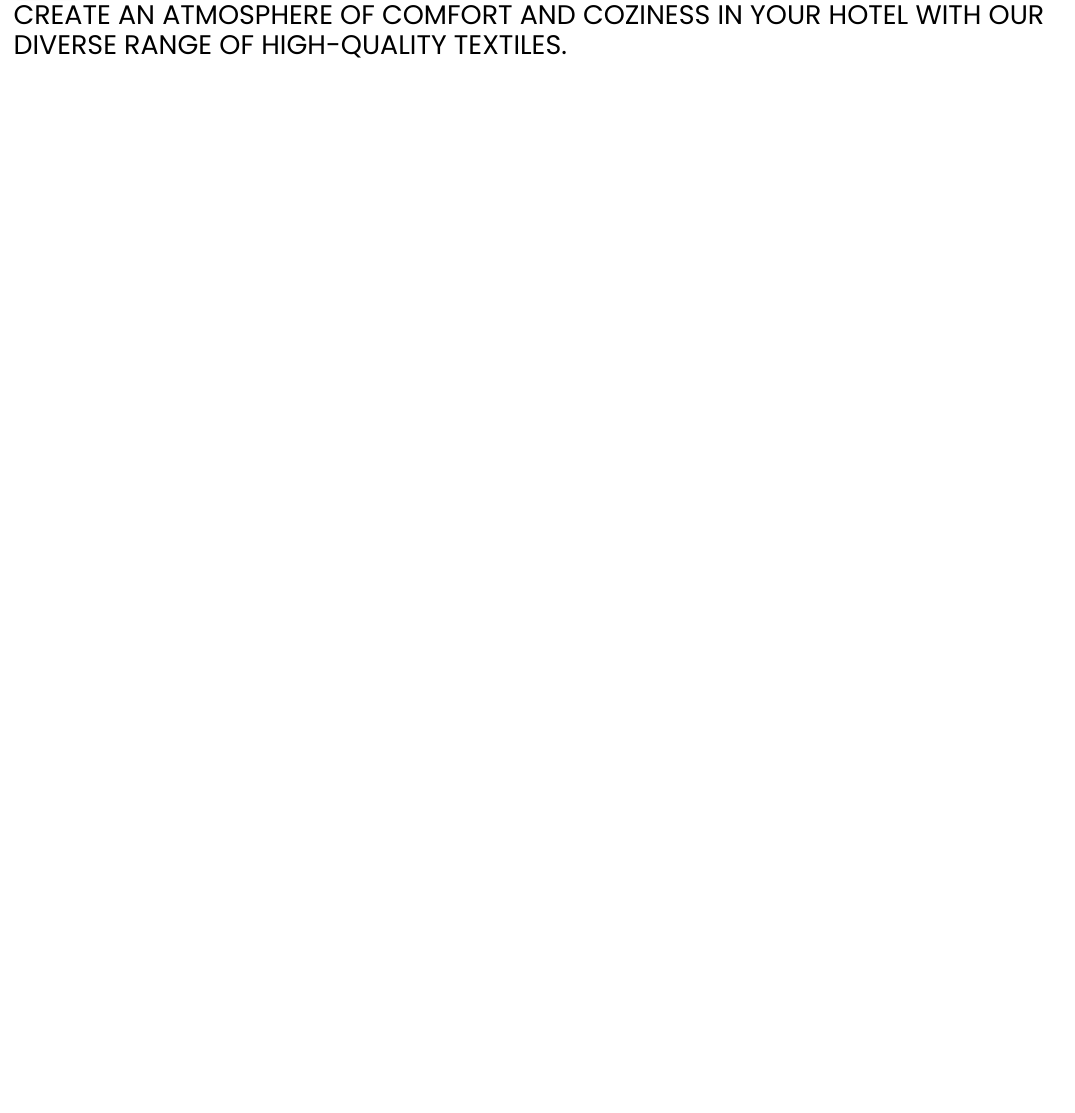
Repository: nikhilsinghrathore1/Shery_02
Page: /
These files come from the project's save history. The page is drawn as it stood at one moment and after the next save; the edit follows.
The browser window is 1280 px wide. The pictures show the part of the page from y = 4219 to 5544 px (the page is 5544 px tall), at 84% of full size.
The project was rebuilt for these pictures with package versions that can differ from the ones it lists, and the page was loaded fresh each time. Also part of the build but not shown: vite.config.js.

Above is the page before, as saved 2024-07-18 03:26:15.

### src/App.jsx
import { useState } from 'react'
import reactLogo from './assets/react.svg'
import viteLogo from '/vite.svg'
import './App.css'
import Landing from './pages/Landing'

function App() {
  const [count, setCount] = useState(0)

  return (
    <>
      <Landing/>
    </>
  )
}

export default App

### src/App.css
@font-face {
  font-family: font1;
  src: url("../public/6624dc4c3f39ffabcd0dc162_Montserrat-VariableFont_wght.ttf");
}
@font-face {
  font-family: font2;
  src: url("../public/CircularXXWeb-Book\ \(1\).ttf");
}
@font-face {
  font-family: font3;
  src: url("../public/JTUQjIg1_i6t8kCHKm459WxRyS7m0dR9pA.ttf");
}
@font-face {
  font-family: font4;
  src: url("../public/JTUSjIg1_i6t8kCHKm459WlhyyTh89Y.ttf");
}
@font-face {
  font-family: font5;
  src: url("../public/pxiEyp8kv8JHgFVrJJfecnFHGPc.ttf");
}

.f1{
  font-family: font1;
}
.f2{
  font-family: font2;
}
.f3{
  font-family: font3;
}
.f4{
  font-family: font4;
}
.f5{
  font-family: font5;
}

### src/pages/Landing.jsx
import React from 'react'
import MoreInsta from '../components/MoreInsta'
import Nav from '../components/Nav'
import SingleHero from '../components/SingleHero'
import { GoArrowRight } from "react-icons/go";
import { GoArrowLeft } from "react-icons/go";
import VideoCont from '../components/VideoCont'

const Landing = () => {
  return (
    <div className='w-full overflow-hidden'>
               {/* this is the first image gallery part */}
               <div className='w-full h-[400vh] relative '>
               <Nav/>
               <SingleHero img={"https://cdn.prod.website-files.com/6613fb0aff6a7761bf9a817d/66267f01781250e3c4f8ed19_hero-01-p-1080.webp"} text={"hotel"}/>
               <SingleHero img={"https://cdn.prod.website-files.com/6613fb0aff6a7761bf9a817d/66267f00e43626f944ce0076_hero-02-p-1080.webp"} text={"restaurant"}/>
               <SingleHero img={"https://cdn.prod.website-files.com/6613fb0aff6a7761bf9a817d/66267f011d36d94902bbbcd3_hero-03-p-1080.webp"} text={"catering"}/>
               <SingleHero img={"https://cdn.prod.website-files.com/6613fb0aff6a7761bf9a817d/66267f0015a49ebd0cb05e50_hero-04-p-1080.webp"} text={"+automative"}/>
               </div>

               {/* this is the second text wala part  */}

               <div className='w-full  h-[120vh] px-4 pt-32 leading-[42px]'>
                              {/* this is the variable weight text */}
                              <div className='w-full f4 text-[32px] font-semibold text-black uppercase h-fit'>
                                             <p><span className='pl-44'>full</span> responsibility from project to implementation.</p>
                              </div>

                              <div className='f4 text-[13px] font-semibold mt-10 leading-none'>
                                             <p>More about us</p>
                                             <p className='mt-3 leading-[16px] font-semibold'>The textile production Velours HoReCa was founded in Lviv in 2005. <span className='opacity-60'>Our activity is focused on professionally outfitting the interiors of hotels, restaurants, cafes, and bars with textile products.</span></p>
                              </div>

                              <div className='w-full flex h-[50vh] mt-12 '>
                                             <div className='w-1/2 h-full flex justify-end pt-3'>
                                                            <VideoCont/>
                                             </div>
                                             <div className='w-1/2 h-full flex flex-col justify-between pl-3 pb-16 f5 font-light'>

                                                            <div className='w-full leading-[17px]  text-[13px]'>
                                                                           <p>With extensive experience in the Horeca sector - 18 years </p>
                                                                           <p className='opacity-70'>[as of 2024]</p>

                                                                           <div className='border-y-[1px] border-black/20 py-1 mt-3'>
                                                                                          <p>We offer both warranty and post-warranty servicing.</p>
                                                                           </div>
                                                            </div>

                                                            <div className='f4 pl-2'>
                                                                           <MoreInsta/>
                                                            </div>



                                             </div>
                              </div>
               </div>

               <div className='w-full h-[250vh] px-4 pt-12'>
               <div className=' uppercase text-[32px] w-full leading-[35px] f5 font-light '>
                                             <p className='w-[78%]'>ideal textile for a cozy hotel ambiance</p>

                                             <div className='w-full flex h-[50vh] mt-8'>
                                                            <div className='w-[30%] flex items-end  gap-2 h-full'>
                                                                                          <div className='w-9 h-9 border-black/50 rounded flex items-center text-xl justify-center border-[1px]'><GoArrowLeft/></div>
                                                                                          <div className='w-9 h-9 border-black/50 rounded flex items-center text-xl justify-center border-[1px]'><GoArrowRight/></div>
                                                            </div>
                                                            <div className='w-[72%] h-full rounded-lg overflow-hidden'>
                                                                           <img className='w-full h-full rounded-lg ' src="https://cdn.prod.website-files.com/6613fb0aff6a7761bf9a817d/662a45b943d2e1892a8fff8e_slider-01-04-p-800.webp" alt="not showing" />
                                                            </div>
                                             </div>

                                             <p>Create an atmosphere of comfort and coziness <span> in your hotel with our diverse range of high-quality textiles. </span></p>
                              </div>
               </div>


    </div>
  )
}

export default Landing

### src/components/MoreInsta.jsx
import React from 'react'
import { GoArrowUpRight } from "react-icons/go";

const MoreInsta = () => {
  return (
    <div className=' leading-[16px] text-[13px] text-black f5 font-light'>
               <p>More in Ours</p>
               <p className='flex items-center gap-1'>instagram <span><GoArrowUpRight/></span></p>
    </div>
  )
}

export default MoreInsta

### src/components/Nav.jsx
import React from 'react'

const Nav = () => {
  return (
    <div className='w-full h-[100vh]  fixed text-white flex flex-col justify-between z-40 top-0'>
        <div className=' flex items-center justify-center pt-7'>

               <div className='flex  flex-col items-center justify-center leading-[18px]'>
                              <h1 className='text-[24px] f1'>Velorus</h1>
                              <h2 className='text-[10px] f1 '>HoReCa</h2>
               </div>
        </div>

        {/* this is the menu bar kinda thingy */}
        <div className='w-full h-[10vh]  px-3  '>

          <div className='w-full h-[65%] bg-black rounded-md flex justify-between px-[2px]'>
            <div className='w-[18%] h-full bg-white flex items-center justify-center overflow-hidden rounded-md'>
              <img className='w-[90%] h-[90%] object-cover' src="https://cdn.prod.website-files.com/6613fb0aff6a7761bf9a817d/6624b9bbba2e8daa37ae2e54_download-img-02.webp" alt="not showing" />
            </div>

            <div className='w-[57%] h-full text-[13px] text-white leading-[16px] f2 flex items-center justify-center'>
              <p>Download our Brochour on services in the HoReCa industry</p>
            </div>


            <div className='w-[15%] h-full bg-white flex items-center justify-center overflow-hidden rounded-md'>
              <img className='w-[80%] h-[80%] object-cover' src="https://cdn.prod.website-files.com/6613fb0aff6a7761bf9a817d/6624bdfbd80898e1c3060de1_download-icon.webp" alt="not showing" />
            </div>
          </div>





        </div>

    </div>
  )
}

export default Nav

### src/components/SingleHero.jsx
import React from 'react'

const SingleHero = ({img , text}) => {
  return (
    <div className='w-full h-[100vh] relative'>
               <div className='absolute bg-black/10 flex items-center justify-center w-full h-full top-0'>
                              <h1 className='uppercase text-[44px] f4 font-bold tracking-wider text-white'>{text}</h1>
               </div>
               <img className='w-full h-full object-cover' src={img} alt="not showing" />
    </div>
  )
}

export default SingleHero

### src/components/VideoCont.jsx
import React from 'react'

const VideoCont = () => {
  return (
    <div className='w-[98%] h-[80%] bg-black rounded-lg pt-[3px] px-[2px] '>
               <div className='w-full h-[87%] overflow-hidden rounded-lg'>
                              <video autoPlay muted loop className='w-full h-full object-cover' src="https://s3.amazonaws.com/webflow-prod-assets/6613fb0aff6a7761bf9a817d/663bcfe77765a0f1702b036f_insta-3.mp4"></video>
               </div>
               <div className='w-full text-white text-[11px] f1 h-[13%] pt-1 flex items-center pb-[2px] gap-2'>
                              <img className='w-[24px] h-[24px] object-cover' src="https://cdn.prod.website-files.com/6613fb0aff6a7761bf9a817d/663bcbd3012e5e6821be914c_logo-horeca.png" alt="not showing" />
                              <p>Velorus_horeca</p>
               </div>
    </div>
  )
}

export default VideoCont

Loaded but not shown: index.html (common file); src/main.jsx (common file); src/index.css (common file); tailwind.config.js (common file)

After the next save:
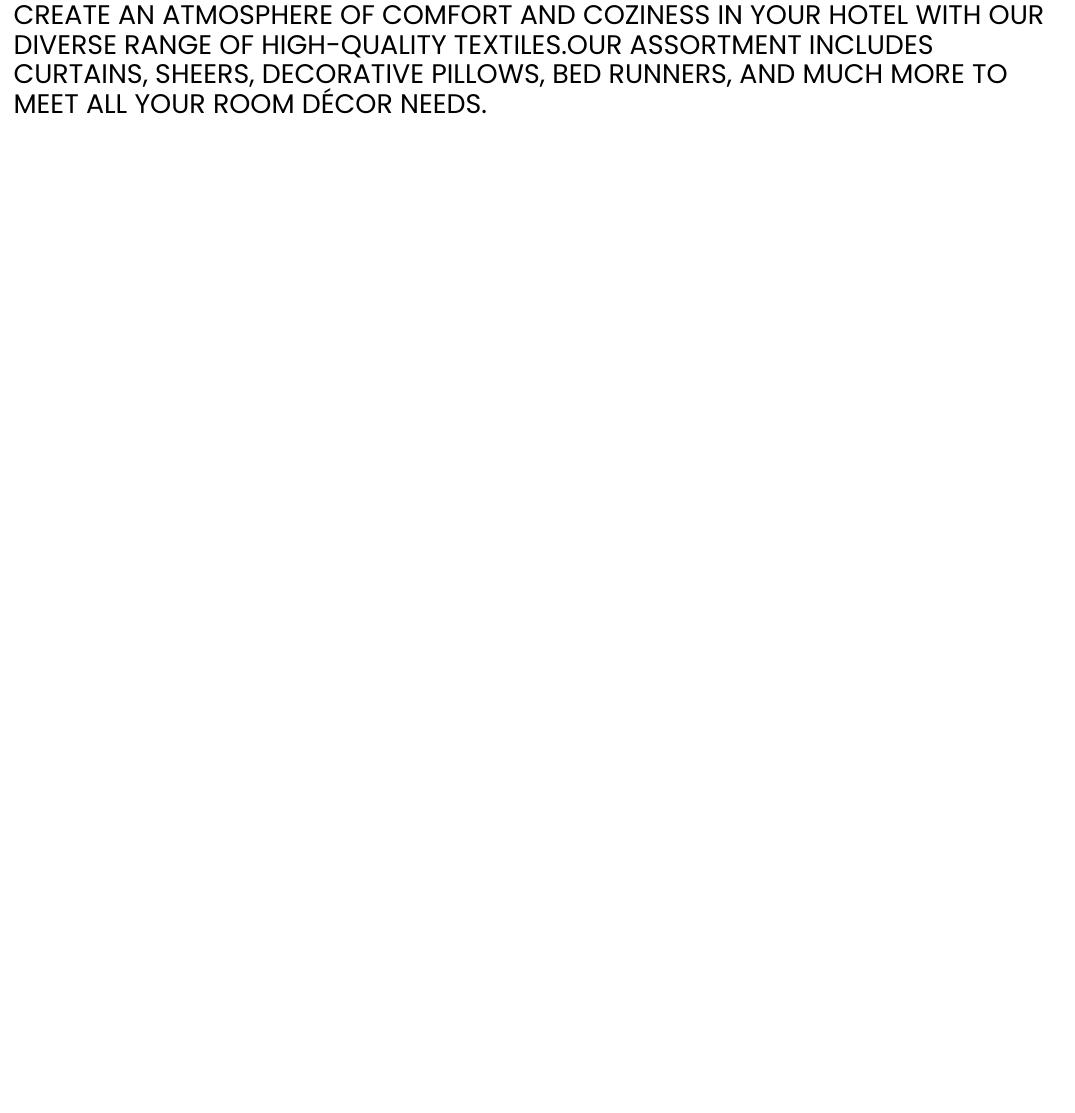
Saved 9 s later.
--- a/src/pages/Landing.jsx
+++ b/src/pages/Landing.jsx
@@ -70,7 +70,7 @@ const Landing = () => {
                                                             </div>
                                              </div>
 
-                                             <p>Create an atmosphere of comfort and coziness <span> in your hotel with our diverse range of high-quality textiles. </span></p>
+                                             <p>Create an atmosphere of comfort and coziness <span> in your hotel with our diverse range of high-quality textiles.</span>Our assortment includes curtains, sheers, decorative pillows, bed runners, and much more to meet all your room décor needs.</p>
                               </div>
                </div>
 
